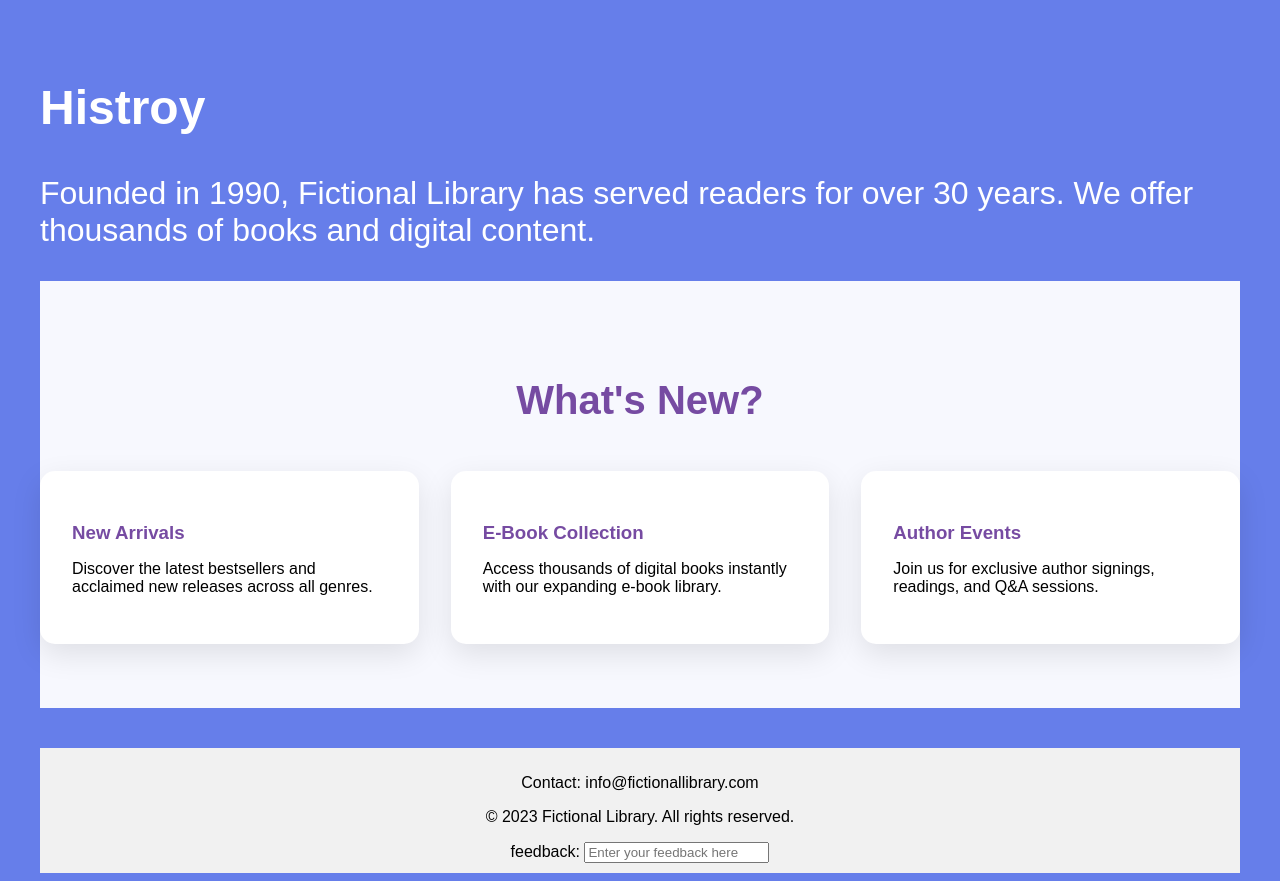
Repository: Ibrahim-Abohola/BookStore
Page: Homepage.html
These files come from the project's save history. The page is drawn as it stood at one moment and after the next save; the edit follows.
The browser window is 1280 px wide. The pictures show the part of the page from y = 252 to 1133 px (the page is 1133 px tall before and 834 px after).

Above is the page before, as saved 2025-07-16 00:55:17.

After the next save:
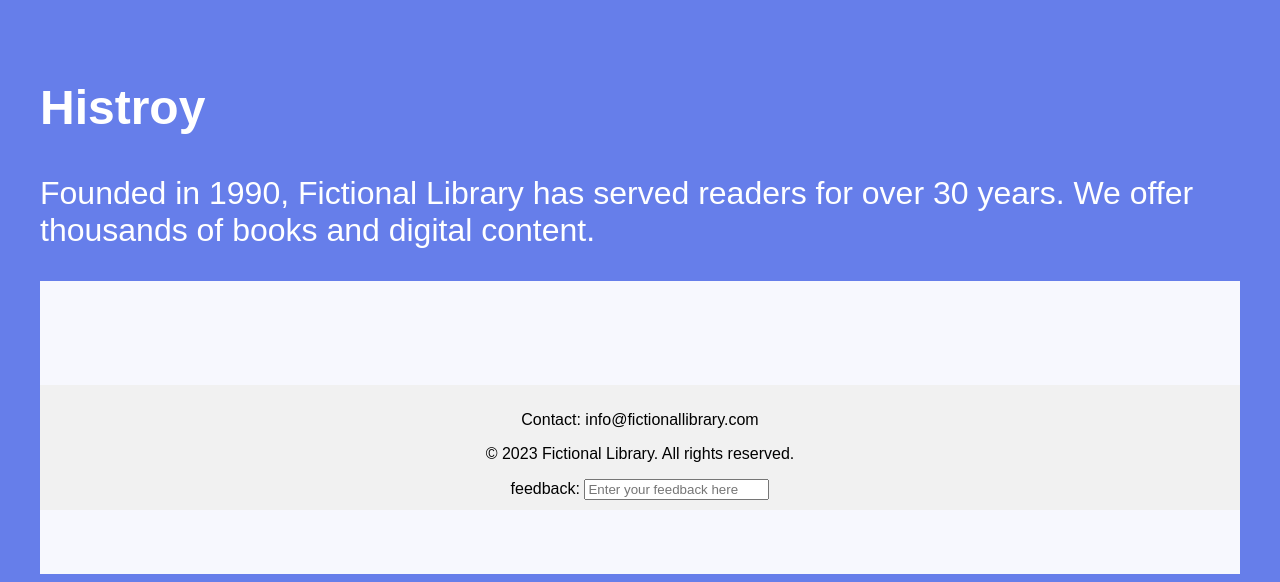
Saved 7 s later.
--- a/Homepage.html
+++ b/Homepage.html
@@ -29,21 +29,7 @@
             <div class="container">
 
             </div>
-            <h2>What's New?</h2>
-            <div class="highlight-grid">
-                    <div class="highlight-card">
-                        <h3>New Arrivals</h3>
-                        <p>Discover the latest bestsellers and acclaimed new releases across all genres.</p>
-                    </div>
-                    <div class="highlight-card">
-                        <h3>E-Book Collection</h3>
-                        <p>Access thousands of digital books instantly with our expanding e-book library.</p>
-                    </div>
-                    <div class="highlight-card">
-                        <h3>Author Events</h3>
-                        <p>Join us for exclusive author signings, readings, and Q&A sessions.</p>
-            </div>
-        </section>
+
         <footer>
             <p>Contact: info@fictionallibrary.com</p>
             <p>&copy; 2023 Fictional Library. All rights reserved.</p>
